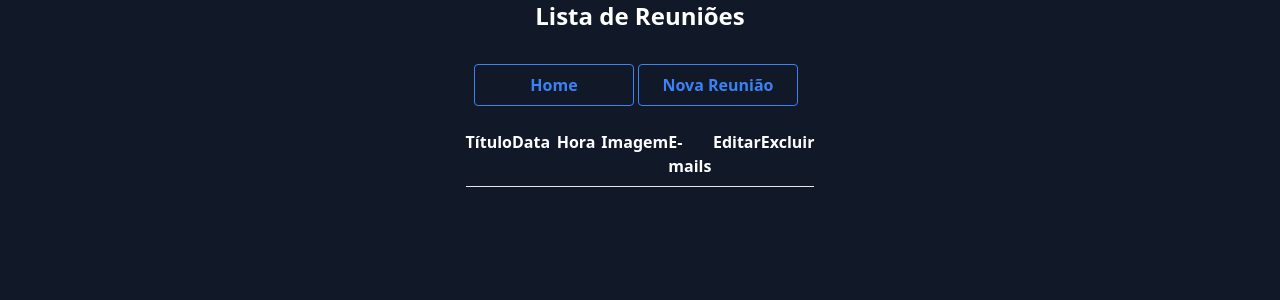
Repository: TamiBeira/meeting
Page: /meetings
An editor plug-in stored every save of this project. The page is shown before and after the next save, followed by the edit.
The browser window is 1280 px wide. The pictures show the whole page.
The project was rebuilt for these pictures with package versions that can differ from the ones it lists, and the page was loaded fresh each time. Also part of the build but not shown: vite.config.ts, src/contexts/FormContext.tsx, src/components/Form.tsx, src/components/HomePage.tsx.

Above is the page before, as saved 2024-02-27 00:39:26.

### index.html
<!doctype html>
<html lang="pt">
  <head>
    <meta charset="UTF-8" />
    <meta name="viewport" content="width=device-width, initial-scale=1.0" />
    <title>Meeting</title>
  </head>
  <body>
    <div id="root"></div>
    <script type="module" src="/src/main.tsx"></script>
  </body>
</html>

### src/app.tsx
import { BrowserRouter as Router, Routes, Route } from 'react-router-dom';
import { FormProvider } from './contexts/FormContext';
import { MeetingsProvider } from './contexts/MeetingsContext';
import { Form } from './components/Form';
import { MeetingsView } from './components/MeetingsView';
import { HomePage } from './components/HomePage';

export const App = () => {
  return (
    <Router>
      <Routes>
        <Route path="/" element={<HomePage />} />
        <Route path="/form" element={<FormProvider><Form /></FormProvider>} />
        <Route path="/meetings" element={<MeetingsProvider><MeetingsView /></MeetingsProvider>} />
      </Routes>
    </Router>
  );
};

### src/contexts/MeetingsContext.tsx
import React, { createContext, useState, useEffect, useContext } from 'react';
import { toast } from 'react-toastify';

export interface Meeting {
  title: string;
  data: string;
  hora: string;
  imagem?: string;
  imagemPath?: string;
  emails: string[];
}

interface MeetingsContextType {
  meetings: Meeting[];
  editableIndex: number | null;
  editedMeeting: Meeting;
  handleEdit: (index: number) => void;
  handleSave: () => void;
  handleDelete: (index: number) => void;
  handleInputChange: (event: React.ChangeEvent<HTMLInputElement>, key: string) => void;
}

interface MeetingContextProviderProps {
  children: React.ReactNode;
}

const MeetingsContext = createContext<MeetingsContextType | undefined>(undefined);

export const useMeetingsContext = () => {
  const context = useContext(MeetingsContext);
  if (!context) {
    throw new Error('useMeetingsContext must be used within a MeetingsProvider');
  }
  return context;
};

export const MeetingsProvider: React.FC<MeetingContextProviderProps> = ({ children }) => {
  const [meetings, setMeetings] = useState<Meeting[]>([]);
  const [editableIndex, setEditableIndex] = useState<number | null>(null);
  const [editedMeeting, setEditedMeeting] = useState<Meeting>({
    title: '',
    data: '',
    hora: '',
    emails: [],
  });

  useEffect(() => {
    const storedMeetings = localStorage.getItem('meetingData');
    if (storedMeetings) {
      setMeetings(JSON.parse(storedMeetings));
    }
  }, []);

  const handleEdit = (index: number) => {
    setEditableIndex(index);
    setEditedMeeting(meetings[index]);
  };

  const handleSave = () => {
    if (editableIndex === null) return;

    const updatedMeetings = [...meetings];
    updatedMeetings[editableIndex] = editedMeeting;
    setMeetings(updatedMeetings);
    localStorage.setItem('meetingData', JSON.stringify(updatedMeetings));
    setEditableIndex(null);
    setEditedMeeting({
      title: '',
      data: '',
      hora: '',
      emails: [],
    });
    toast.success('Reunião salva com sucesso!');
  };

  const handleDelete = (index: number) => {
    const confirmDelete = window.confirm('Tem certeza que deseja excluir esta reunião?');
    if (confirmDelete) {
      const updatedMeetings = [...meetings];
      updatedMeetings.splice(index, 1);
      setMeetings(updatedMeetings);
      localStorage.setItem('meetingData', JSON.stringify(updatedMeetings));
      toast.success('Reunião excluída com sucesso!');
    }
  };

  const handleInputChange = (event: React.ChangeEvent<HTMLInputElement>, key: string) => {
    setEditedMeeting({ ...editedMeeting, [key]: event.target.value });
  };

  const contextValue: MeetingsContextType = {
    meetings,
    editableIndex,
    editedMeeting,
    handleEdit,
    handleSave,
    handleDelete,
    handleInputChange,
  };

  return (
    <MeetingsContext.Provider value={contextValue}>
      {children}
    </MeetingsContext.Provider>
  );
};

### src/components/MeetingsView.tsx
import React from 'react';
import { Link } from 'react-router-dom';
import { ToastContainer } from 'react-toastify';
import { FaEdit, FaTrash } from 'react-icons/fa';
import { useMeetingsContext } from '../contexts/MeetingsContext';

export const MeetingsView: React.FC = () => {
  const {
    meetings,
    editableIndex,
    editedMeeting,
    handleEdit,
    handleSave,
    handleDelete,
    handleInputChange,
  } = useMeetingsContext();

  const handleImageChange = (e: React.ChangeEvent<HTMLInputElement>) => {
    const file = e.target.files && e.target.files[0];
    if (file) {
      const reader = new FileReader();
      reader.onloadend = () => {
        const imageDataUrl = reader.result as string;
        handleInputChange({ target: { value: imageDataUrl } } as React.ChangeEvent<HTMLInputElement>, 'imagem');
      };
      reader.readAsDataURL(file);
    }
  };

  return (
    <div className="flex flex-col items-center bg-gray-900 w-full h-screen">
      <h2 className="text-2xl text-white font-bold mb-4">Lista de Reuniões</h2>
      <div className="mt-4 mb-4">
        <Link to="/" className="w-40 mr-1 inline-block text-center border border-solid border-blue-500 text-blue-500 font-bold px-4 py-2 rounded">Home</Link>
        <Link to="/form" className="w-40 inline-block text-center border border-solid border-blue-500 text-blue-500 font-bold mr-2 px-4 py-2 rounded">Nova Reunião</Link>
      </div>
      <ul>
        <li className="border-b border-gray-200 py-2 flex sm:flex-row font-semibold max-w-5xl">
          <div className="w-1/5 text-white">Título</div>
          <div className="w-1/5 text-white">Data</div>
          <div className="w-1/5 text-white">Hora</div>
          <div className="w-1/5 text-white">Imagem</div>
          <div className="w-1/5 text-white">E-mails</div>
          <div className="w-1/5 text-white text-center">Editar</div>
          <div className="w-1/5 text-white text-center">Excluir</div>
        </li>
        {meetings.map((meeting, index) => (
          <li key={index} className="max-w-5xl border-b border-gray-200 py-4 flex flex-col sm:flex-row justify-center items-center">
            {editableIndex === index ? (
              <>
                <input
                  type="text"
                  value={editedMeeting.title}
                  onChange={(e) => handleInputChange(e, 'title')}
                  className="mb-2 sm:mb-0 mr-4 px-4 py-2 border rounded-md shadow-sm focus:outline-none focus:ring-blue-500 focus:border-blue-500 max-w-28"
                  placeholder="Título"
                />
                <input
                  type="date"
                  value={editedMeeting.data}
                  onChange={(e) => handleInputChange(e, 'data')}
                  className="mb-2 sm:mb-0 mr-4 px-4 py-2 border rounded-md shadow-sm focus:outline-none focus:ring-blue-500 focus:border-blue-500"
                />
                <input
                  type="time"
                  value={editedMeeting.hora}
                  onChange={(e) => handleInputChange(e, 'hora')}
                  className="mb-2 sm:mb-0 mr-4 px-4 py-2 border rounded-md shadow-sm focus:outline-none focus:ring-blue-500 focus:border-blue-500"
                />
                <div className="flex items-center w-1/5">
                  <input
                    type="file"
                    accept="image/*"
                    onChange={handleImageChange}
                    className="hidden"
                    id="input-image"
                  />
                  <label htmlFor="input-image" className="cursor-pointer mr-2 underline text-blue-500">Escolher outra imagem</label>
                  {editedMeeting.imagem && (
                    <img src={editedMeeting.imagem} alt="Imagem da reunião" className="max-w-xs h-12" />
                  )}
                </div>
                <input
                  type="text"
                  value={editedMeeting.emails.join(', ')}
                  onChange={(e) => handleInputChange(e, 'emails')}
                  className="mb-2 sm:mb-0 mr-4 px-4 py-2 border rounded-md shadow-sm focus:outline-none focus:ring-blue-500 focus:border-blue-500 w-64"
                  placeholder="E-mails"
                />
                <div>
                  <button
                    onClick={handleSave}
                    className="bg-green-500 hover:bg-green-700 text-white font-bold py-2 px-4 mr-2 rounded"
                  >
                    Salvar
                  </button>
                </div>
              </>
            ) : (
              <>
                <div className="w-1/5 text-white">{meeting.title}</div>
                <div className="w-1/5 text-white">{meeting.data}</div>
                <div className="w-1/5 text-white">{meeting.hora}</div>
                <div className="w-1/5 text-white">
                  <img src={meeting.imagem} alt="Imagem da reunião" width={50} height={50}/>
                </div>
                <div className="w-1/5 text-white">{Array.isArray(meeting.emails) ? meeting.emails.join(', ') : ''}</div>
                <div className="w-1/5 text-center text-white">
                  <button
                    onClick={() => handleEdit(index)}
                    className="text-blue-500 font-bold"
                  >
                    <FaEdit className="inline-block mr-1" />
                  </button>
                </div>
                <div className='w-1/5 justify-center text-center'>
                  <button
                    onClick={() => handleDelete(index)}
                    className="text-red-500 font-bold"
                  >
                    <FaTrash className="inline-block mr-1" />
                  </button>
                </div>
              </>
            )}
          </li>
        ))}
      </ul>
      <ToastContainer />
    </div>
  );
};

### tailwind.config.js
/** @type {import('tailwindcss').Config} */
export default {
  content: [
    "./index.html",
    "./src/**/*.tsx",
  ],
  theme: {
    extend: {},
  },
  plugins: [],
}

Loaded but not shown: src/main.tsx (common file); src/index.css (common file)

After the next save:
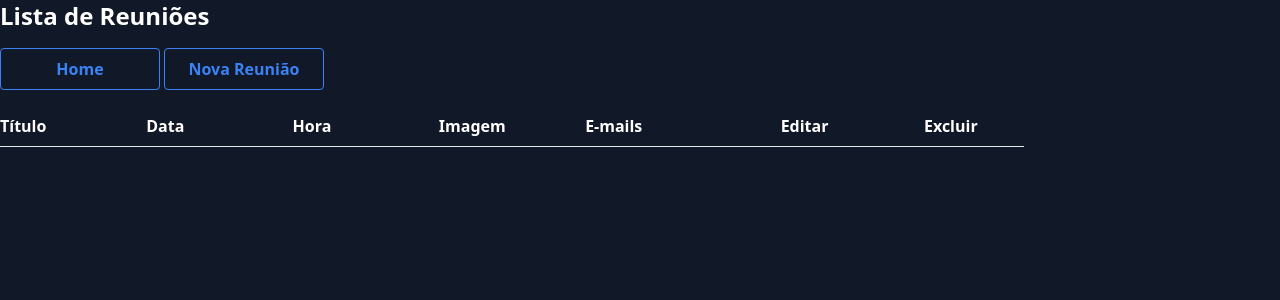
Saved 12 s later.
--- a/src/components/MeetingsView.tsx
+++ b/src/components/MeetingsView.tsx
@@ -28,7 +28,7 @@ export const MeetingsView: React.FC = () => {
   };
 
   return (
-    <div className="flex flex-col items-center bg-gray-900 w-full h-screen">
+    <div className="flex-col items-center bg-gray-900 w-full h-screen">
       <h2 className="text-2xl text-white font-bold mb-4">Lista de Reuniões</h2>
       <div className="mt-4 mb-4">
         <Link to="/" className="w-40 mr-1 inline-block text-center border border-solid border-blue-500 text-blue-500 font-bold px-4 py-2 rounded">Home</Link>
